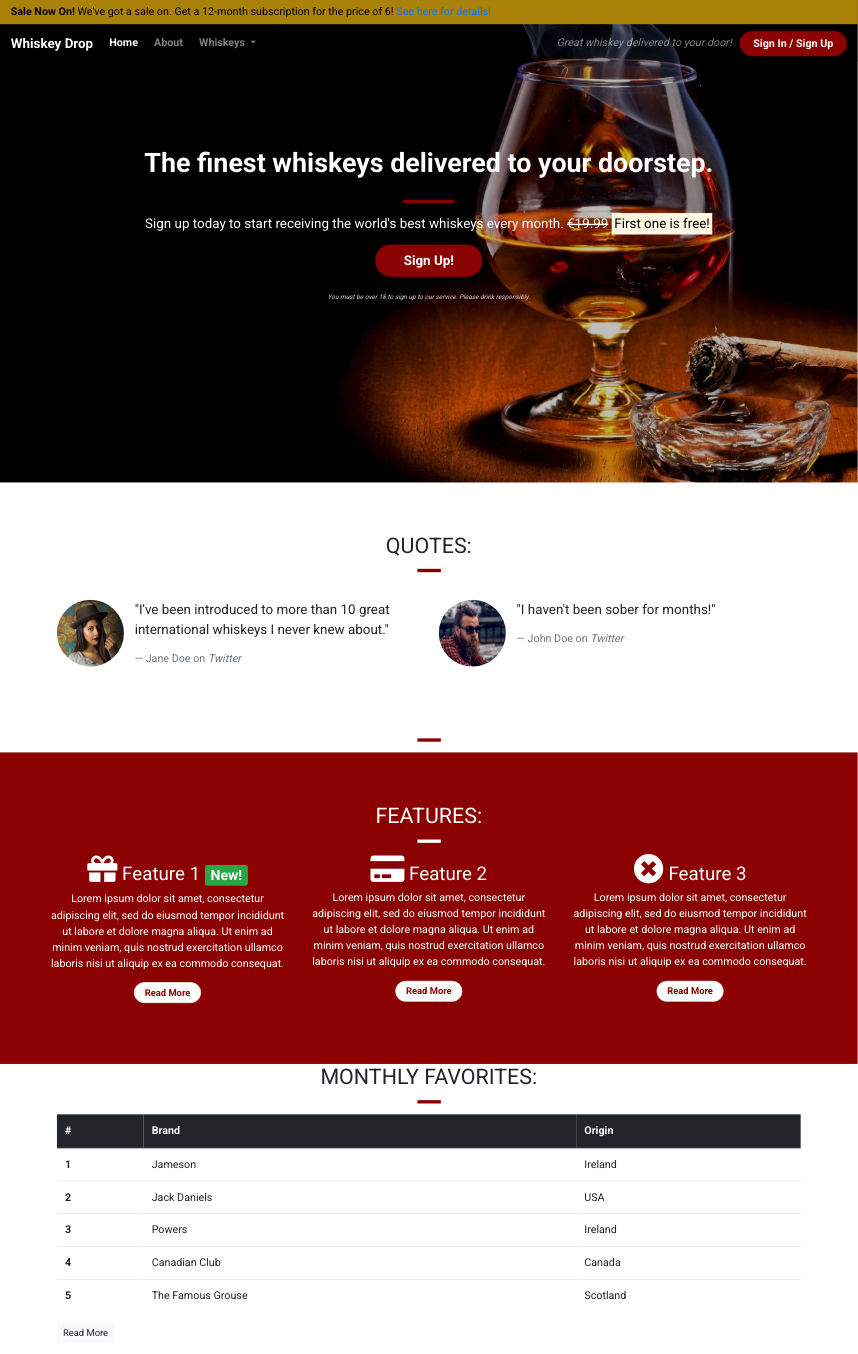
Repository: dof-bull/whiskey-drop
Page: index.html
The author's editor kept a record of every edit. The page is drawn from the files as they stood at one moment, then again after the next edit.
The browser window is 1280 px wide. The pictures show the whole page, at 67% of full size.
Backgrounds fixed to the window are drawn as part of the page. Some web libraries are served in a nearby version.

Above is the page before.

After the next edit:
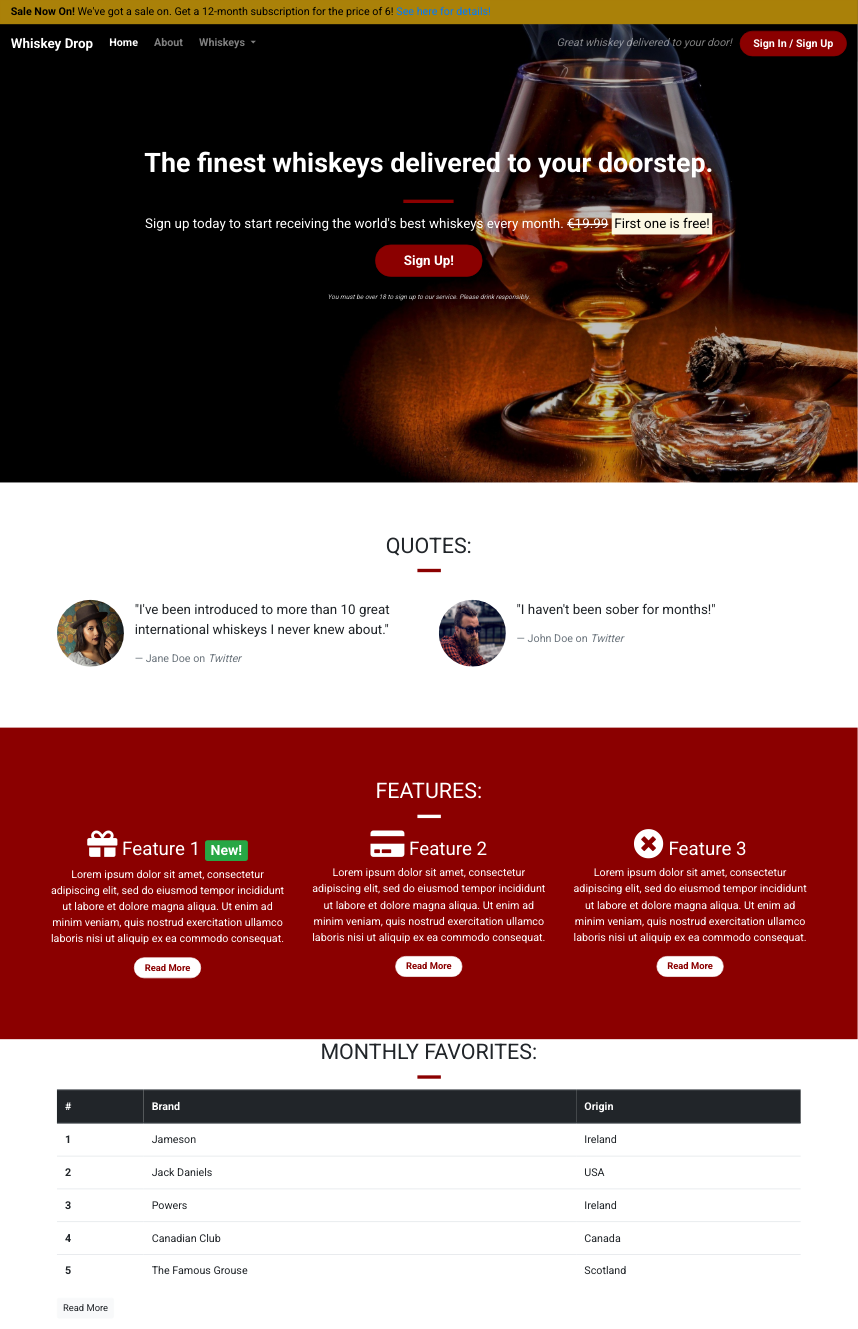
The edit:
--- a/index.html
+++ b/index.html
@@ -120,8 +120,6 @@
   </div>
   <!-- /.quotes -->
 
-  <hr class="block-divider block-divider--short">
-
   <!-- Features -->
     <div class="container-wrapper container-wrapper--red">
         <div class="container features-container content-container">
